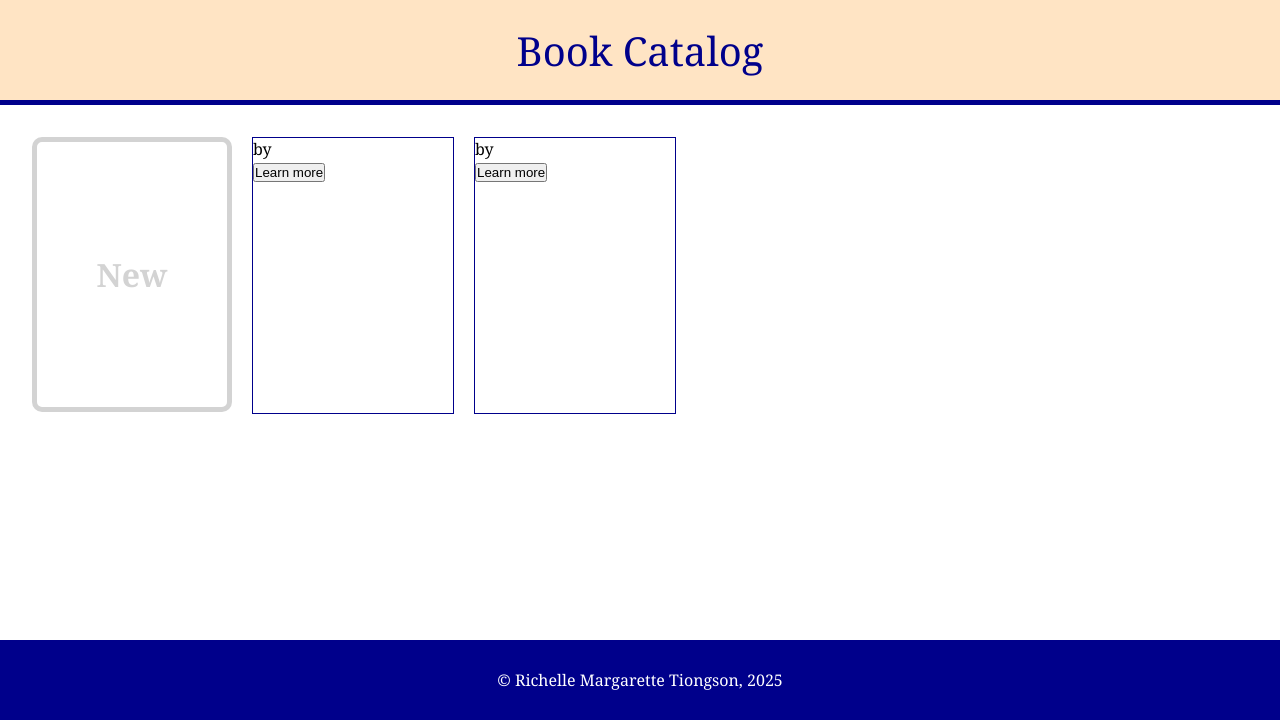
Repository: richelletiongson/comp3170_lab01
Page: /
The author's editor kept a copy of each file at every save. The page is drawn from the files as they stood at one save, then again after the next save.
The browser window is 1280 px wide. The pictures show the whole page.
The project was rebuilt for these pictures with package versions that can differ from the ones it lists, and the page was loaded fresh each time. Also part of the build but not shown: vite.config.js.

Above is the page before, as saved 2025-09-14 00:18:13.

### index.html
<!doctype html>
<html lang="en">
  <head>
    <meta charset="UTF-8" />
    <link rel="stylesheet" href="src/index.css"/>
    <meta name="viewport" content="width=device-width, initial-scale=1.0" />
    <title>Book Catalog</title>
  </head>
  <body>
    <div id="root"></div>
    <script type="module" src="/src/main.jsx"></script>
  </body>
</html>

### src/index.css
* {
  margin: 0;
  padding: 0;
}

body {
  font-family: 'Georgia', 'Times New Roman', serif;
  height: 100vh;
  display: flex;
  flex-direction: column;
}

.app {
  display: flex;
  flex-direction: column;
  min-height: 100vh;
}

.header {
  background-color: bisque;
  height: 100px;
  display: flex;
  align-items: center;
  justify-content: center;
  border-bottom: 5px solid darkblue;
}

.header-title {
  color: darkblue;
  font-size: 2.5rem;
  font-weight: normal;
  text-align: center;
  margin: 0;
}

.book {
  border: solid 1px darkblue;
  height:275px;
  width:200px;
}

.new {
  border: solid 5px lightgray;
  border-radius: 10px;
  height:275px;
  width:200px;
  font-family: 'Georgia', 'Times New Roman', serif;
  background-color: #FFFFFF;
  color: lightgray;
  font-size: 32px;
  font-weight: bold;
}

.main-content {
  flex: 1;
  background-color: #FFFFFF;
  padding: 2rem;
}

.content {
  display: flex;
  flex-direction: row;
  justify-content:flex-start;
  gap: 20px;
}

.footer {
  background-color: darkblue;
  height: 80px;
  display: flex;
  align-items: center;
  justify-content: center;
}

.footer-text {
  color: #FFFFFF;
  font-size: 1rem;
  margin: 0;
  text-align: center;
}

### src/App.jsx

import './index.css'
import Book from './Book'

function App() {
  return (
    <div className="app">
      <header className="header">
        <h1 className="header-title">Book Catalog</h1>
      </header>

      <main className="main-content">
        <div className="content">
          <button className="new">New</button>
          <Book/>
          <Book/>
        </div>
      </main>

      <footer className="footer">
        <p className="footer-text">© Richelle Margarette Tiongson, 2025</p>
      </footer>
    </div>
  )
}

export default App

### src/Book.jsx
import './index.css'

function Book(props) {
    return (
        <div className="book">
            <image src={props.image}></image>
            <div>
                <p>by</p>
                <p>{props.author}</p>
            </div>
            <button>Learn more</button>
        </div>
    );
}

export default Book;

Loaded but not shown: src/main.jsx (common file)

After the next save:
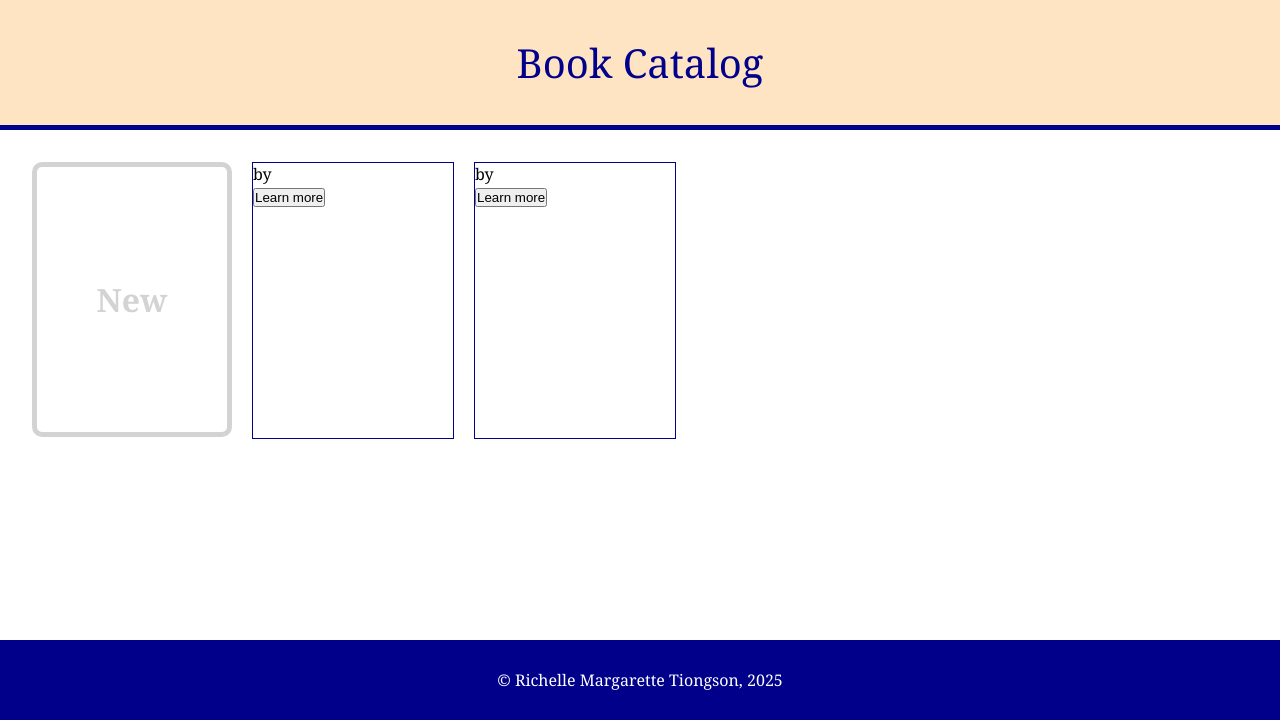
Saved 19 s later.
--- a/src/index.css
+++ b/src/index.css
@@ -18,7 +18,7 @@ body {
 
 .header {
   background-color: bisque;
-  height: 100px;
+  height: 125px;
   display: flex;
   align-items: center;
   justify-content: center;
